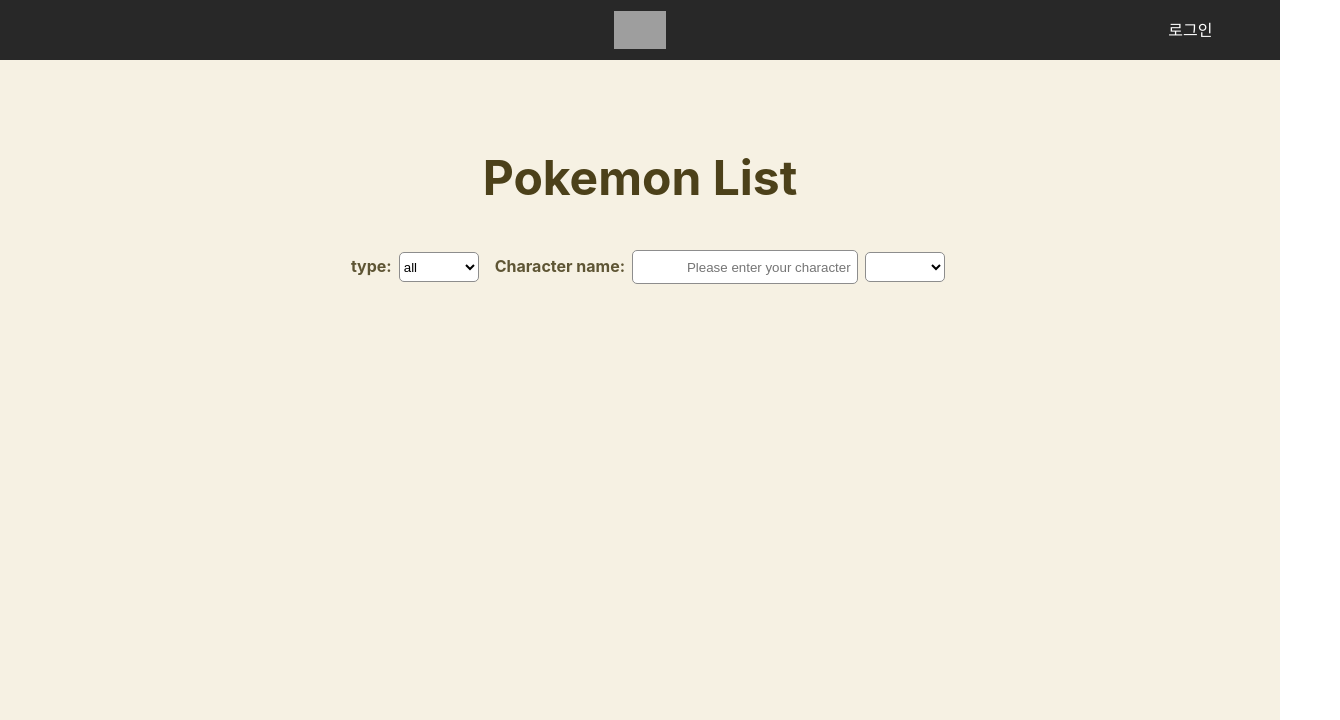
Repository: LeeYuNa0402/pokemon_vite
Page: /
An editor plug-in stored every save of this project. The page is shown before and after the next save, followed by the edit.
The browser window is 1280 px wide. The page is 1340 px wide, so the pictures cover 1340 px, including what lies to the right of the window. The pictures show the whole page.
Pictures or frames that could not be fetched are drawn as grey boxes. The page's requests for data from a server got no answer. The project was rebuilt for these pictures with package versions that can differ from the ones it lists, and the page was loaded fresh each time. No one was signed in, and anything a server would have sent is missing. Also part of the build but not shown: vite.config.ts, src/css/pokemon_type.css, src/PokemonDetail.tsx, src/Login.tsx, src/LoginInfo.tsx.

Above is the page before, as saved 2023-10-05 16:25:12.

### src/main.tsx
// import React from "react";
// import ReactDOM from "react-dom/client";
// import App from "./App.tsx";
// import "./index.css";

// ReactDOM.createRoot(document.getElementById("root")!).render(
//   <>
//     <App />
//   </>
// );

import ReactDOM from "react-dom/client";
import "./index.css";
import App from "./App";
import PokemonDetail from "./PokemonDetail";
import Login from "./Login";
import LoginInfo from "./LoginInfo";

import { createBrowserRouter, RouterProvider } from "react-router-dom";

const router = createBrowserRouter([
  {
    path: "/",
    element: <App />,
  },
  {
    path: ":name",
    element: <PokemonDetail />,
  },
  {
    path: "Login",
    element: <Login />,
  },
  {
    path: "LoginInfo",
    element: <LoginInfo />,
  },
]);

// const router = createBrowserRouter([
//   {
//     path: "/",
//     element: <Login />,
//   },
//   {
//     path: ":name",
//     element: <PokemonDetail />,
//   },
//   {
//     path: "App",
//     element: <App />,
//   },
//   {
//     path: "LoginInfo",
//     element: <LoginInfo />,
//   },
// ]);

const root = ReactDOM.createRoot(
  document.getElementById("root") as HTMLElement
);
root.render(<RouterProvider router={router} />);

### src/App.tsx
import PokemonList from "./PokemonList";

const App = () => {
  return (
    <div>
      <PokemonList />
    </div>
  );
};

export default App;

### src/PokemonList.tsx
import { useEffect, useState } from "react";
import axios from "axios";
import { useNavigate } from "react-router-dom";
import "./css/reset.css";
import "./css/style.css";
import CombineMenu from "./CombineMenu";
import Loading from "./Loading";

const PokemonList = () => {
  const navigate = useNavigate();
  // const { state } = useLocation();
  const [data, setData] = useState<any>([]);

  const [loading, setLoading] = useState(true);

  const [filterInput, setFilterInput] = useState("");
  const [filterSelect, setFilterSelect] = useState("all");
  const [sortName, setSortName] = useState("");
  const filterOptions = [
    { value: "all", name: "all" },
    { value: "grass", name: "grass" },
    { value: "poison", name: "poison" },
    { value: "fire", name: "fire" },
    { value: "flying", name: "flying" },
    { value: "water", name: "water" },
    { value: "bug", name: "bug" },
    { value: "normal", name: "normal" },
  ];

  useEffect(() => {
    const fetchData = async () => {
      const pokemonData = [];

      for (let i = 1; i <= 20; i++) {
        try {
          const response = await axios.get(
            `https://pokeapi.co/api/v2/pokemon/${i}`
          );
          pokemonData.push(response.data);
        } catch (error) {
          console.log(error, `pokemon ${i}`);
        }
      }

      setData(pokemonData);
      setLoading(false);
    };

    fetchData();
  }, []);

  const filteredData = data.filter((item: any) => {
    if (item.name.toLowerCase().includes(filterInput.toLowerCase()) === false) {
      console.log("없음");
    } else {
      if (filterSelect === "all") {
        return item.name.toLowerCase().includes(filterInput.toLowerCase());
      } else {
        return (
          item.name.toLowerCase().includes(filterInput.toLowerCase()) &&
          item.types.some((type: any) => type.type.name === filterSelect)
        );
      }
    }
  });

  return (
    <div className="pokemon-list">
      {loading ? (
        <Loading />
      ) : (
        <>
          <CombineMenu />

          <h1 className="main-tit">Pokemon List</h1>
          <form className="pokemon-search">
            <label htmlFor="types">type:</label>
            <select
              id="types"
              value={filterSelect}
              onChange={(e) => {
                setFilterSelect(e.target.value);
              }}
            >
              {filterOptions.map((option) => (
                <option key={option.value} value={option.value}>
                  {option.name}
                </option>
              ))}
            </select>

            <label htmlFor="types">Character name:</label>
            <input
              type="text"
              placeholder="
              Please enter your character name..."
              value={filterInput}
              onChange={(e) => {
                setFilterInput(e.target.value);
              }}
              className="search_input"
            />

            <select
              value={sortName}
              onChange={(e) => setSortName(e.target.value)}
            ></select>
          </form>
          <ul className="pokemon-cont">
            {filteredData?.map((item: any, index: number) => (
              <li
                onClick={() =>
                  navigate(item.name, {
                    state: {
                      name: item.name,
                      height: item.height,
                      weight: item.weight,
                      front_shiny: item.sprites.front_default,
                    },
                  })
                }
                key={`list_${index}`}
              >
                <span className="order"># {item.order}</span>
                <h2 className="name">{item.name}</h2>
                <img key={`list_${index}`} src={item.sprites.front_shiny} />

                <div>
                  {item?.types?.map((item: any, idx: any) => (
                    <p
                      key={`${idx}_${item.ability}`}
                      className={
                        item.type.name == "grass"
                          ? "grass"
                          : item.type.name == "water"
                          ? "water"
                          : item.type.name == "fire"
                          ? "fire"
                          : item.type.name == "bug"
                          ? "bug"
                          : item.type.name == "normal"
                          ? "normal"
                          : item.type.name == "poison"
                          ? "poison"
                          : item.type.name == "flying"
                          ? "flying"
                          : ""
                      }
                    >
                      {item.type.name}
                    </p>
                  ))}
                </div>
              </li>
            ))}
          </ul>
        </>
      )}
    </div>
  );
};

export default PokemonList;

### src/css/reset.css
html,
body,
div,
span,
applet,
object,
iframe,
h1,
h2,
h3,
h4,
h5,
h6,
p,
blockquote,
pre,
a,
abbr,
acronym,
address,
big,
cite,
code,
del,
dfn,
em,
img,
ins,
kbd,
q,
s,
samp,
small,
strike,
strong,
sub,
sup,
tt,
var,
b,
u,
i,
center,
dl,
dt,
dd,
ol,
ul,
li,
fieldset,
form,
label,
legend,
table,
caption,
tbody,
tfoot,
thead,
tr,
th,
td,
article,
aside,
canvas,
details,
embed,
figure,
figcaption,
footer,
header,
hgroup,
menu,
nav,
output,
ruby,
section,
summary,
time,
mark,
audio,
video {
  margin: 0;
  padding: 0;
  border: 0;
  font-size: 100%;
  font: inherit;
  vertical-align: baseline;
  /* color: #000; */
}
/* HTML5 display-role reset for older browsers */
article,
aside,
details,
figcaption,
figure,
footer,
header,
hgroup,
menu,
nav,
section {
  display: block;
}
body {
  line-height: 1;
}
ol,
ul {
  list-style: none;
}
blockquote,
q {
  quotes: none;
}
blockquote:before,
blockquote:after,
q:before,
q:after {
  content: "";
  content: none;
}
table {
  border-collapse: collapse;
  border-spacing: 0;
}

### src/css/style.css
#root {
  display: flex;
  justify-content: center;
  align-items: flex-start;
  /* height: 100vh; */
  /* background-color: rgba(26, 82, 142, 1);
    background-image: linear-gradient(to top, #304667, #041f4c);
    background: linear-gradient(to top, #304667, rgba(66, 16, 100, 0.6)),
      url(../image/cloude.png) no-repeat right 0; */
  background-color: #f6f1e3;
  /* padding: 8rem 0 8rem; */
  min-height: 100vh;
  width: 100%;
}

.pokemon-detail {
  text-align: center;
  width: 41%;
  background-color: #fcfcfc;
  border-radius: 20px;
  padding: 4rem 0;
  --tw-shadow: 0 4px 6px -1px rgb(0 0 0 / 0.1), 0 2px 4px -2px rgb(0 0 0 / 0.1);
  --tw-shadow-colored: 0 4px 6px -1px var(--tw-shadow-color),
    0 2px 4px -2px var(--tw-shadow-color);
  box-shadow: var(--tw-ring-offset-shadow, 0 0 #0000),
    var(--tw-ring-shadow, 0 0 #0000), var(--tw-shadow);
}

.pokemon-detail .name {
  font-size: 2rem;
  font-weight: bold;
  color: #746b4a;
}

.pokemon-detail .detail-img {
  width: 20%;
  border: 1px solid #8d7e49;
  margin: 1rem 0;
  --tw-shadow: 0 4px 6px -1px rgb(0 0 0 / 0.1), 0 2px 4px -2px rgb(0 0 0 / 0.1);
  --tw-shadow-colored: 0 4px 6px -1px var(--tw-shadow-color),
    0 2px 4px -2px var(--tw-shadow-color);
  box-shadow: var(--tw-ring-offset-shadow, 0 0 #0000),
    var(--tw-ring-shadow, 0 0 #0000), var(--tw-shadow);
  border-radius: 2%;
}

.pokemon-detail .characteristic {
  color: #282828;
}

.pokemon-detail .go-back-btn {
  position: absolute;
  top: 31%;
  left: 68.4%;
  transform: translate(-50%);
  background-color: #484848;
  /* width: 35px; */
  /* height: 35px; */
  border: none;
  border: 1px solid #484848;
  cursor: pointer;
  border-radius: 5px;
  transition: 0.3s;
  color: #fff;
  padding: 0.4rem 0.8rem;
}

.pokemon-detail .go-back-btn:hover {
  background-color: #fff;
  color: #000;
}

.pokemon-list {
  /* max-width: 1400px; */
  width: 100%;
  width: 1400px;
  margin-top: 11%;
}

.pokemon-list h1 {
  /* color: #ffc400;
    list-style: none;
    padding-left: 0px;
    text-align: center;
    margin-top: 0;
    font-size: 3rem;
    font-weight: bold; */
  /* padding-top: 5rem; */
}

.pokemon-list .order {
  font-size: 0.9rem;
  color: #b0a48b;
  position: absolute;
  top: 5%;
  left: 5%;
}

.main-tit {
  text-align: center;
  color: #4c411a;
  font-size: 3rem;
  font-weight: bold;
}

.pokemon-cont {
  display: flex;
  justify-content: flex-start;
  align-items: center;
  flex-wrap: wrap;
  list-style: none;
  padding-left: 0px;
  margin-top: 3rem;
  padding-bottom: 9rem;
}

.pokemon-cont li {
  position: relative;
  background-color: #fcfcfc;
  width: 24%;
  padding: 2rem 1rem;
  margin-bottom: 1rem;
  margin-right: 1%;
  text-align: center;
  cursor: pointer;
  transition: 0.3s;
  color: #6e623c;
  font-weight: bold;
  font-size: 1.1rem;
  --tw-shadow: 0 4px 6px -1px rgb(0 0 0 / 0.1), 0 2px 4px -2px rgb(0 0 0 / 0.1);
  --tw-shadow-colored: 0 4px 6px -1px var(--tw-shadow-color),
    0 2px 4px -2px var(--tw-shadow-color);
  box-shadow: var(--tw-ring-offset-shadow, 0 0 #0000),
    var(--tw-ring-shadow, 0 0 #0000), var(--tw-shadow);
  border-radius: 18px;
  box-sizing: border-box;
}

.pokemon-cont li:hover {
  transform: scale(1.05);
}

.pokemon-cont li:nth-child(4n) {
  margin-right: 0;
}

.pokemon-detail {
  text-align: center;
  margin: 29vh 0;
}
.pokemon-name {
  font-size: 2rem;
  font-weight: bold;
  color: #ffc400;
}

.main-cha {
  border: 1px solid gray;
  padding: 3rem;
  margin: 1rem 0;
  transition: 0.2s;
  --tw-shadow: 0 4px 6px -1px rgb(0 0 0 / 0.1), 0 2px 4px -2px rgb(0 0 0 / 0.1);
  --tw-shadow-colored: 0 4px 6px -1px var(--tw-shadow-color),
    0 2px 4px -2px var(--tw-shadow-color);
  box-shadow: var(--tw-ring-offset-shadow, 0 0 #0000),
    var(--tw-ring-shadow, 0 0 #0000), var(--tw-shadow);
}

.main-cha:hover {
}

.s-cha {
  border: 1px solid #e8e8e8;
  padding: 1rem;
  margin-right: 1%;
  background-color: #fafafa;
  transition: 0.2s;
  margin-top: 3rem;
}
.s-cha:last-child {
  margin-right: 0;
  margin-top: 1%;
}
.s-cha:hover {
  --tw-shadow: 0 4px 6px -1px rgb(0 0 0 / 0.1), 0 2px 4px -2px rgb(0 0 0 / 0.1);
  --tw-shadow-colored: 0 4px 6px -1px var(--tw-shadow-color),
    0 2px 4px -2px var(--tw-shadow-color);
  box-shadow: var(--tw-ring-offset-shadow, 0 0 #0000),
    var(--tw-ring-shadow, 0 0 #0000), var(--tw-shadow);
}

.abilities {
  display: flex;
  justify-content: center;
  align-items: center;
}
.abilities > div {
  margin-right: 5px;
}

/* ***********************login 페이지************************* */
.Login {
  /* background-color: #f5f5f9;
    width: 100%;
    height: 100vh;
    padding-top: 23vh; */
  padding: 12rem 0;
}
.login-cont {
  background-color: #fcfcfc;
  width: 20%;
  margin: 0 auto;
  padding: 1rem;
  /* text-align: center; */
  padding: 3.5rem 3rem 5rem;
  --tw-shadow: 0 4px 6px -1px rgb(0 0 0 / 0.1), 0 2px 4px -2px rgb(0 0 0 / 0.1);
  --tw-shadow-colored: 0 4px 6px -1px var(--tw-shadow-color),
    0 2px 4px -2px var(--tw-shadow-color);
  box-shadow: var(--tw-ring-offset-shadow, 0 0 #0000),
    var(--tw-ring-shadow, 0 0 #0000), var(--tw-shadow);
  border-radius: 10px;
}

.forgot-pass {
  position: absolute;
  right: 0;
  top: 0;
  color: #696cff;
  font-size: 0.8rem;
}

.password-wrap {
  position: relative;
}
.fontawesome-eye {
  position: absolute;
  right: 2%;
  padding: 5px;
  /* border: 1px solid red; */
  top: 37%;
  cursor: pointer;
}
.Login .pokemon-logo {
  width: 43%;
  display: block;
  margin: 0 auto 2rem;
}

.Login h2 {
  font-size: 1.2rem;
  margin-bottom: 0.2rem;
}

.Login p {
  font-size: 1rem;
}
.Login form {
  margin: 2rem 0 1.3rem;
}
.Login form input {
  width: 100%;
  padding: 0.6rem 0.2rem;
  margin-top: 7px;
  border-radius: 7px;
  outline: 0;
  border: 1px solid #c7cdd4;
  border-radius: 0.375rem;
  box-sizing: border-box;
}

.Login form input:focus {
  outline: none;
  border-color: #696cff !important;
}

.Login form label {
  display: block;
  text-align: left;
  font-weight: bold;
  color: #4f4d4d;
  cursor: pointer;
}

.Login .sign-in {
  display: block;
  margin: 0 auto;
  background: linear-gradient(to bottom, rgb(57 42 88) 0%, rgb(68 79 116) 100%);
  color: white;
  padding: 10px 30px;
  border: 1px solid rgba(0, 0, 0, 0.21);
  border-bottom: 4px solid rgb(39 49 83);
  border-radius: 4px;
  text-shadow: 0 1px 0 rgba(0, 0, 0, 0.15);
  transition: 0.3s;
  width: 100%;
  cursor: pointer;
}

.Login .sign-in:hover {
  transform: translateY(5px);
  background: linear-gradient(to bottom, rgb(48 34 76) 0%, rgb(60 72 112) 100%);
}

.Login .check-remember input {
  width: auto;
}

.Login label {
  font-size: 0.9rem;
}

.Login input {
  margin-bottom: 15px;
}
.Login input[type="password"] {
  /* margin-bottom: 8px; */
}

.Login input[type="checkbox"] {
  margin-right: 5px;
}

button[disabled] {
  background: linear-gradient(
    to bottom,
    rgb(196 200 203) 0%,
    rgb(154 154 154) 100%
  ) !important;
  cursor: default !important;
  border-bottom: 4px solid rgb(142 145 146) !important;
}
button[disabled]:hover {
  transform: translateY(0) !important;
}
.create-account-wrap {
  text-align: center;
  margin-top: 1rem;
}
.create-account {
  color: #696cff;
}

/* ***********************LoginInfo 페이지************************* */
.logininfo {
  text-align: center;
  background-color: #ededed;
  padding: 5rem;
  border-radius: 15px;

  width: 19%;
}

.logininfo .member {
  font-size: 1.8rem;
  font-weight: bold;
  margin-bottom: 6rem;
}

.logininfo button {
  margin: 0 auto;
  color: white;
  border: 1px solid rgba(0, 0, 0, 0.21);
  border-radius: 4px;
  text-shadow: 0 1px 0 rgba(0, 0, 0, 0.15);
  transition: 0.3s;
  width: 49%;
  cursor: pointer;
  height: 45px;
  line-height: 44px;

  background: linear-gradient(to bottom, rgb(57 42 88) 0%, rgb(68 79 116) 100%);
  border: 1px solid rgba(0, 0, 0, 0.21);
  border-bottom: 4px solid rgb(39 49 83);
}

.logininfo button:first-child {
  margin-right: 1%;
}

/* .combine-menu */
.combine-menu {
  width: 100%;
  position: fixed;
  top: 0;
  height: 60px;
}

.combine-menu .login {
}

.combine-menu .profile {
  color: #fff;
  position: absolute;
  right: 2%;
  top: 50%;
  transform: translateY(-50%);
  display: flex;
  justify-content: space-around;
  align-items: center;
  width: 10%;
}
.combine-menu .profile .profile-name {
  text-shadow: 0 0 4px #fed22c;
  animation: flicker 1.5s infinite alternate;
  display: flex;
  justify-content: center;
  align-items: center;
}

.combine-menu .profile .name img {
  vertical-align: sub;
  margin-right: 5px;
}

@keyframes flicker {
  /* 0%,
    18%,
    22%,
    25%,
    53%,
    57%,
    100% {
      text-shadow: 0 0 4px #fff, 0 0 11px #fff, 0 0 20px rgb(241, 255, 43);
    }
    20%,
    24%,
    55% {
      text-shadow: none;
    } */
  50% {
    /* opacity: 0; */
    text-shadow: none;
  }
}

.combine-menu {
  width: 100%;
  background-color: #282828;
  position: fixed;
  left: 0;
  top: 0;
  display: flex;
  justify-content: center;
  align-items: center;
  color: #fff;
  z-index: 2;
}

.combine-menu .login {
  cursor: pointer;
  color: #fff;
  transition: 0.2s;
}

.combine-menu .login:hover {
  color: #f6c50b;
}

.combine-menu .logo {
  width: 4%;
}

.appear {
  display: block;
}

.disappear {
  display: none;
}

/* loading */
.loading {
  font-size: 5rem;
}

.pokemon-search {
  text-align: center;
  margin-top: 3rem;
}

.pokemon-search label {
  margin-left: 1rem;
  font-weight: bold;
  color: #5e5534;
}

.pokemon-search input {
  width: 220px;
}
.pokemon-search select {
  width: 80px;
}

.pokemon-search input,
.pokemon-search select {
  margin-left: 7px;
  border-radius: 5px;
  border: 1px solid #8d8d8d;
  height: 30px;
  background-color: #fff;
  color: #000;
}

### src/CombineMenu.tsx
import { useNavigate } from "react-router-dom";
import "./css/style.css";

const CombineMenu = () => {
  const navigate = useNavigate();

  const onClickImg = () => {
    navigate(`/Login`);
  };

  // console.log(sessionStorage.getItem("key"), "<===이거 확인중");

  const logoutBtn = () => {
    sessionStorage.removeItem("key");
    localStorage.removeItem("key");
    window.location.reload();
  };

  return (
    <div className="combine-menu">
      <img
        className="logo"
        src="https://lh3.googleusercontent.com/3TSaKxXGo2wT0lu0AyNUBnkk6wkCC2AzOhJyy3JXIPm-AmZ1k9DSAroWeBUyePswCZSs5lVp3mPF7HzUpY9VPlyOV5eddITONINr3WSqLNLm=e365-w1860"
      />

      <div className="profile">
        <div>
          {/* <img
            src="https://file.valofe.com/Valofe_file/web/vfun/images/common/grade/g-new.png"
            alt="g-new"
          /> */}

          {sessionStorage.getItem("key") === null &&
          localStorage.getItem("key") === null
            ? ""
            : sessionStorage.getItem("key") !== null
            ? `${sessionStorage.getItem("key")}님`
            : localStorage.getItem("key") !== null
            ? `${localStorage.getItem("key")}님`
            : ""}
        </div>

        <div className="login" onClick={onClickImg}>
          {sessionStorage.getItem("key") === null &&
          localStorage.getItem("key") === null
            ? "로그인"
            : ""}
          {/* 로그인 */}
        </div>

        <div className="login" onClick={logoutBtn}>
          {sessionStorage.getItem("key") === null &&
          localStorage.getItem("key") === null
            ? ""
            : "로그아웃"}
        </div>
      </div>
    </div>
  );
};

export default CombineMenu;

### src/Loading.tsx
import "./css/style.css";

const Loading = () => {
  return <div className="loading">로딩중....</div>;
};

export default Loading;

Loaded but not shown: index.html (common file); src/index.css (common file)

After the next save:
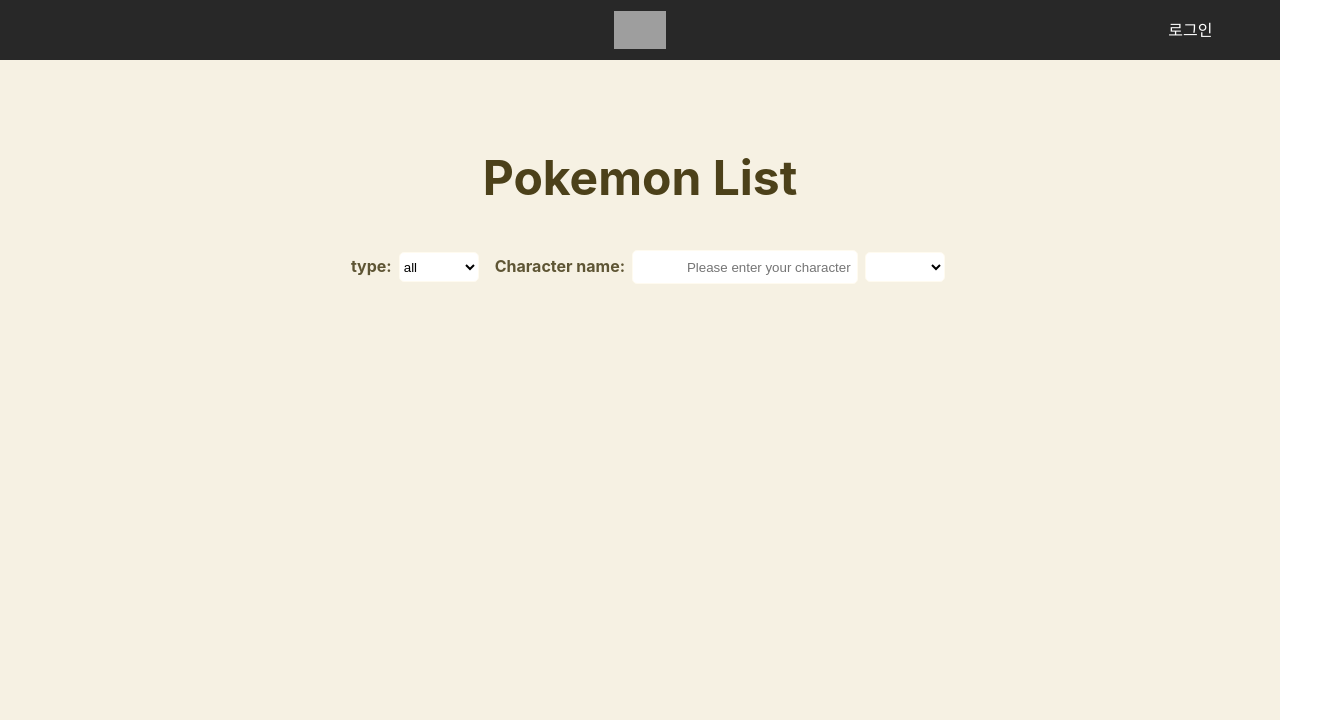
Saved 62 s later.
--- a/src/css/style.css
+++ b/src/css/style.css
@@ -495,7 +495,7 @@
 .pokemon-search select {
   margin-left: 7px;
   border-radius: 5px;
-  border: 1px solid #8d8d8d;
+  border: 1px solid #fffbf0;
   height: 30px;
   background-color: #fff;
   color: #000;
